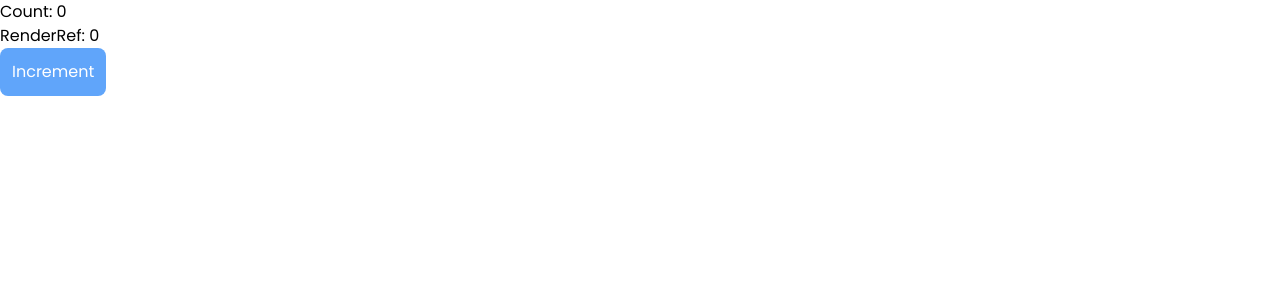
Repository: ThanhPhongsof/React-Course
Page: /
An editor plug-in stored every save of this project. The page is shown before and after the next save, followed by the edit.
The browser window is 1280 px wide. The pictures show the whole page.
The project was rebuilt for these pictures with package versions that can differ from the ones it lists, and the page was loaded fresh each time.

Above is the page before, as saved 2022-04-26 16:48:36.

After the next save:
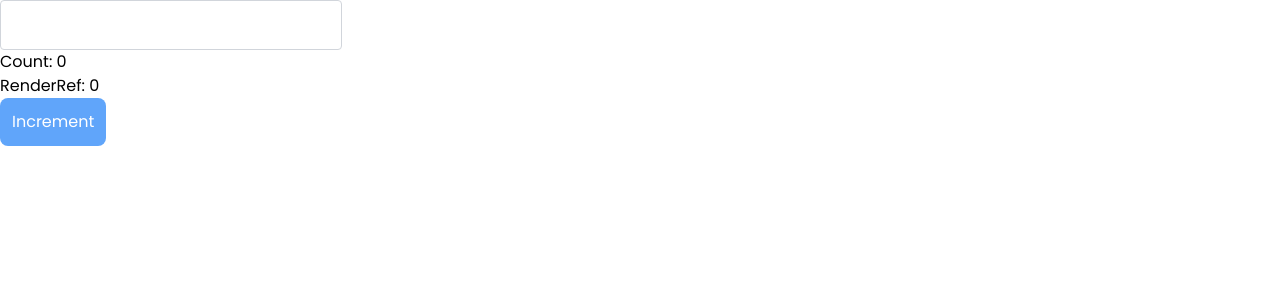
Saved 116 s later.
--- a/src/App.js
+++ b/src/App.js
@@ -1,9 +1,15 @@
-import React from "react";
+import React, { useState } from "react";
 import Count from "./components/advanced-react/performance/Count";
 
 const App = () => {
+  const [filter, setFilter] = useState("");
   return (
     <div>
+      <input
+        type="text"
+        className="p-3 border border-gray-300 rounded"
+        onChange={(e) => setFilter(e.target.value)}
+      />
       <Count></Count>
     </div>
   );
